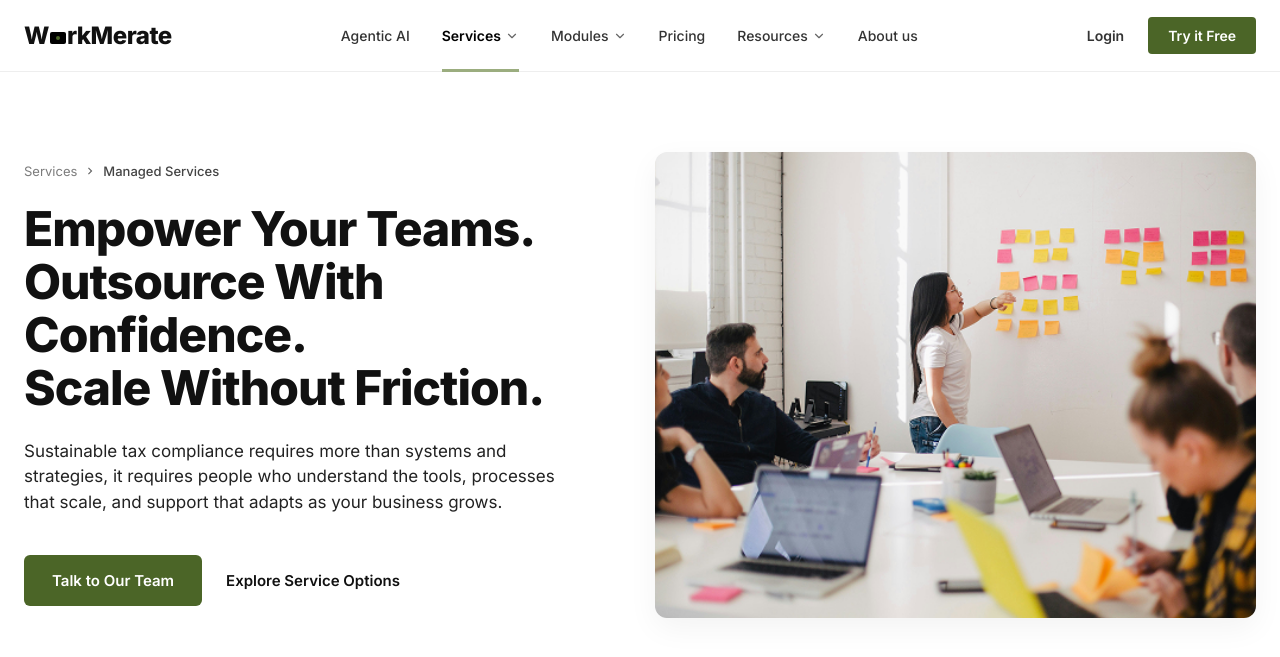
Repository: Opawumi/work_merate
Page: managed.html
These files come from the project's save history. The page is drawn as it stood at one moment and after a run of saves; the edit follows.
The browser window is 1280 px wide. The pictures show the whole page.

Above is the page before, as saved 2026-02-02 10:49:21.

After the next 2 saves:
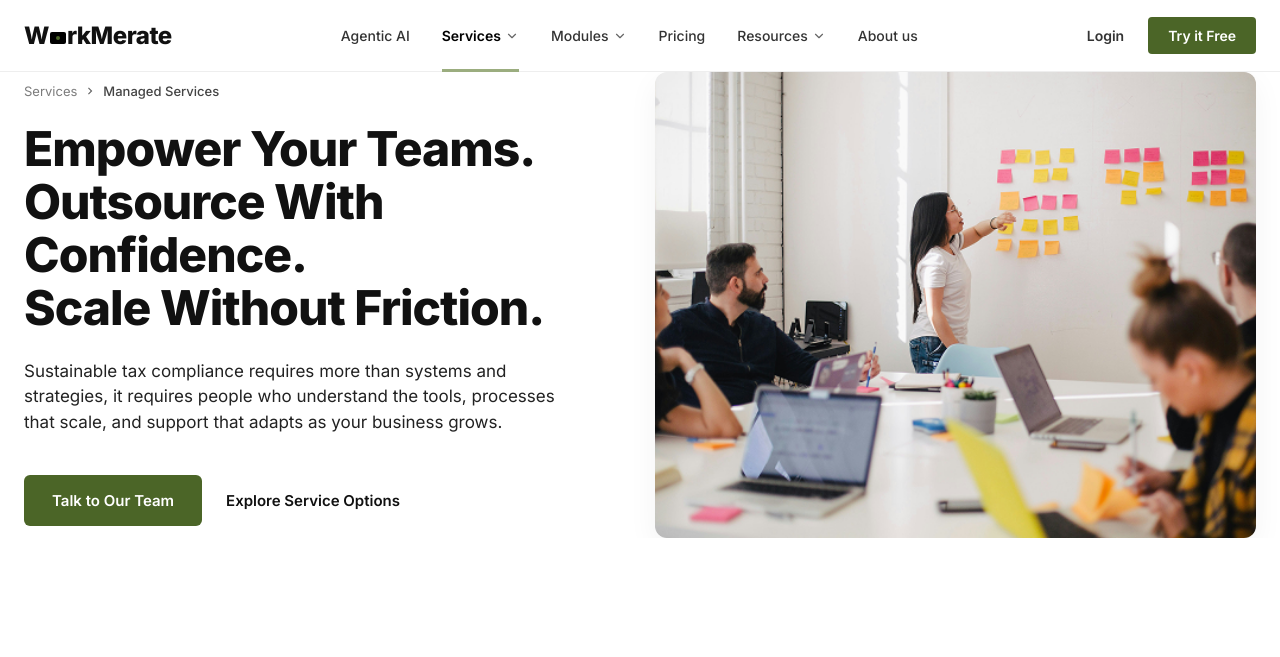
The 2 saves are shown as one change because they came seconds apart.
The last was saved 21 s later.
--- a/managed.css
+++ b/managed.css
@@ -142,7 +142,7 @@
 /* --- Managed Services Hero Section --- */
 .hero-section {
     position: relative;
-    background: url("./assets/managed-hero.png") no-repeat center cover;
+    background: url("./assets/managed-hero.png") no-repeat center
     padding: 80px 0 100px;
     overflow: hidden;
 }
